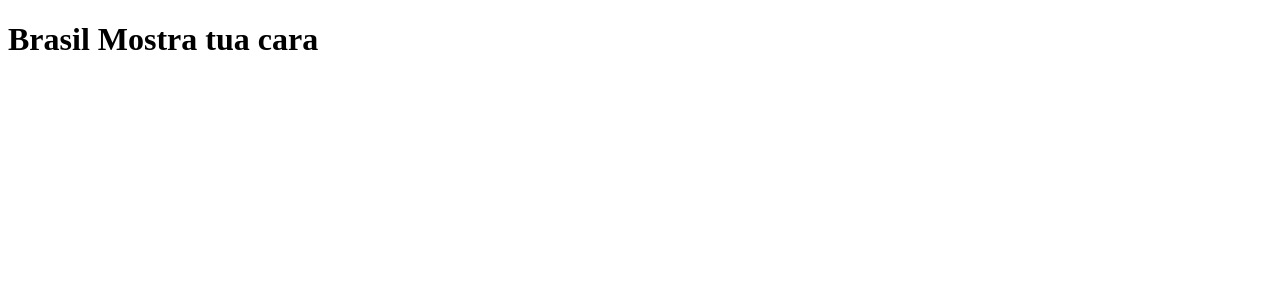
Repository: lcluizrj/meu-projeto-vscode
Page: / (app in cadastro-usuarios-devclub/)
These files come from the project's save history. The page is drawn as it stood at one moment and after a run of saves; the edit follows.
The browser window is 1280 px wide. The pictures show the whole page.
The project was rebuilt for these pictures with package versions that can differ from the ones it lists, and the page was loaded fresh each time. Also part of the build but not shown: cadastro-usuarios-devclub/vite.config.js.

Above is the page before, as saved 2026-08-11 18:07:20.

### cadastro-usuarios-devclub/index.html
<!doctype html>
<html lang="en">
  <head>
    <meta charset="UTF-8" />
    <link rel="icon" type="image/svg+xml" href="/favicon.svg" />
    <meta name="viewport" content="width=device-width, initial-scale=1.0" />
    <title>cadastro-usuarios-devclub</title>
  </head>
  <body>
    <div id="root"></div>
    <script type="module" src="/src/main.jsx"></script>
  </body>
</html>

### cadastro-usuarios-devclub/src/App.jsx
function App () {

return (
  <div>
    <h1>Brasil Mostra tua cara</h1>
    <h1> </h1>
  </div>
)

}

export default App

Loaded but not shown: cadastro-usuarios-devclub/src/main.jsx (common file)

After the next 2 saves:
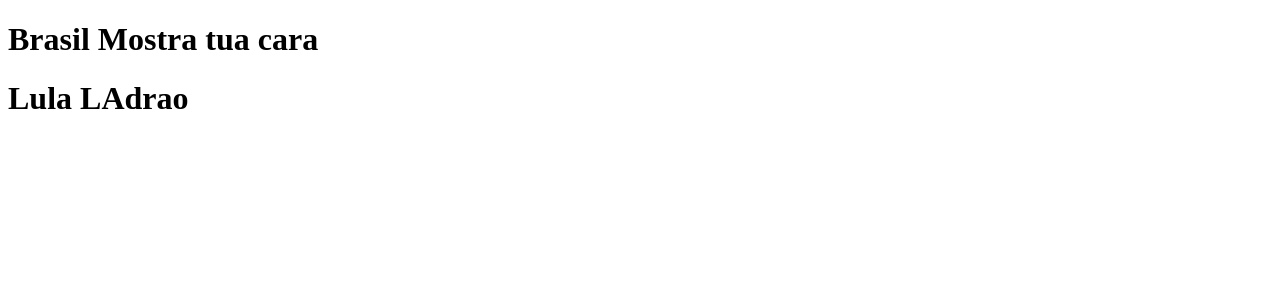
The 2 saves are shown as one change because they came seconds apart.
The last was saved 6 s later.
--- a/cadastro-usuarios-devclub/src/App.jsx
+++ b/cadastro-usuarios-devclub/src/App.jsx
@@ -3,7 +3,7 @@
 return (
   <div>
     <h1>Brasil Mostra tua cara</h1>
-    <h1> </h1>
+    <h1> Lula LAdrao </h1>
   </div>
 )
 
